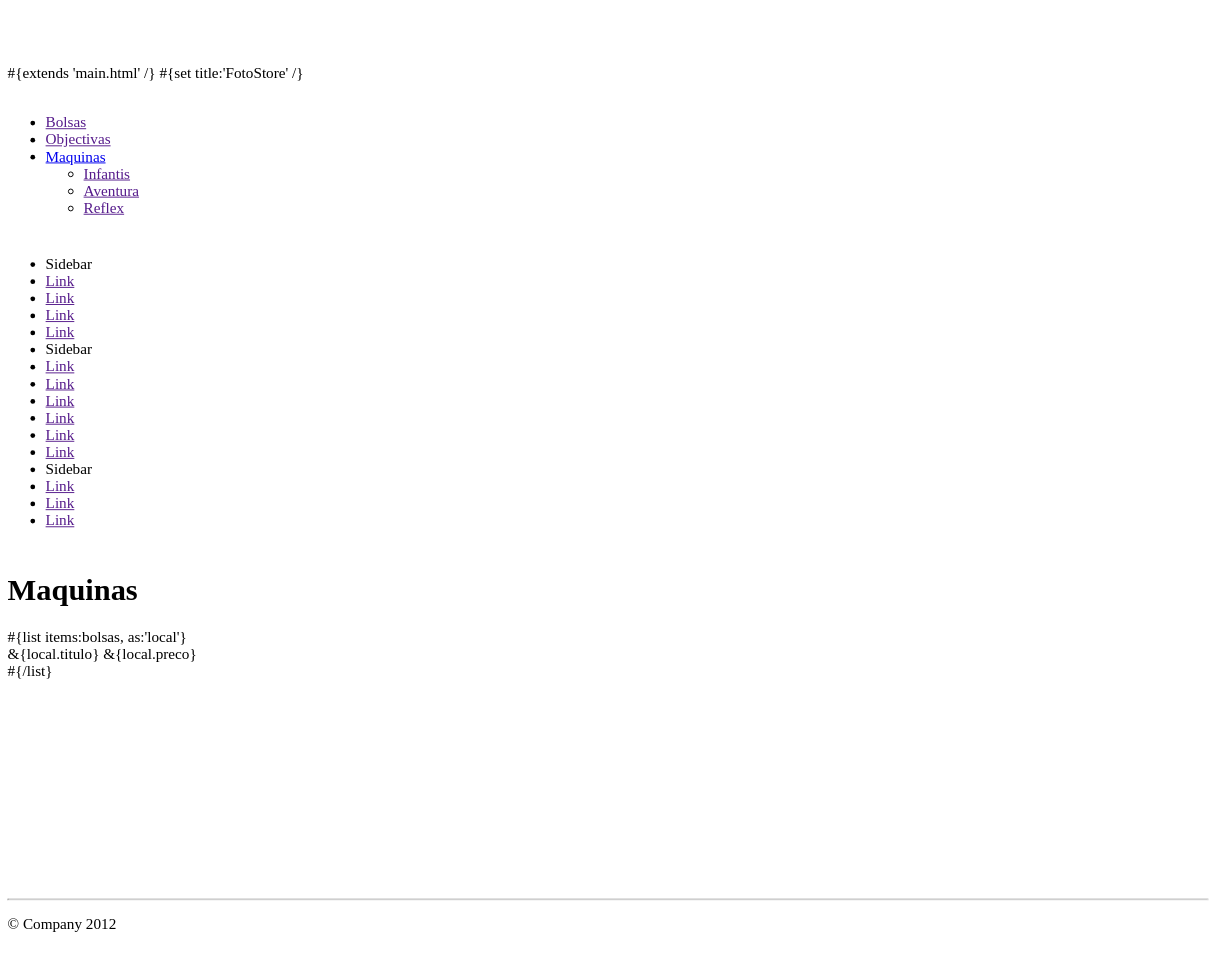
Repository: joaoA/webStore
Page: fotoStore/app/views/Application/exampleAventura.html
An editor plug-in stored every save of this project. The page is shown before and after the next save, followed by the edit.
The browser window is 1280 px wide. The pictures show the whole page, at 95% of full size.

Above is the page before, as saved 2012-12-17 15:07:55.

After the next save:
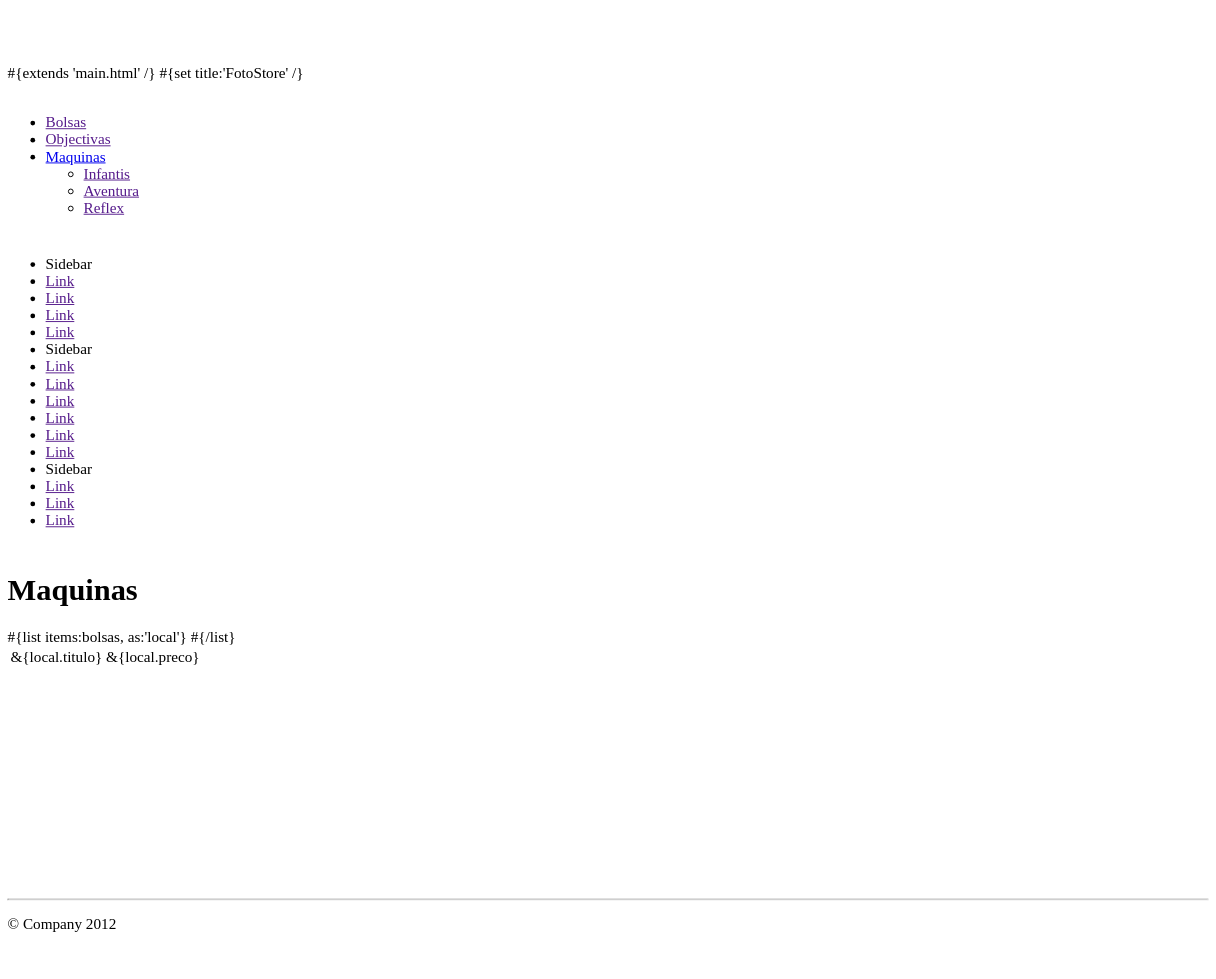
Saved 4 min 25 s later.
--- a/fotoStore/app/views/Application/exampleAventura.html
+++ b/fotoStore/app/views/Application/exampleAventura.html
@@ -70,12 +70,16 @@
           <div class="hero-unit" style = "height:335px">
               <div class="span6">
 				<h1>Maquinas</h1>
-				#{list items:bolsas, as:'local'}
-				    <div>
-				    &{local.titulo}
-				     &{local.preco}
-				  </div>
+				<table>
+					<tbody>
+						#{list items:bolsas, as:'local'}
+						    <tr>
+						      <td>&{local.titulo}</td>
+						      <td>&{local.preco}</td>
+						    </tr>
+					</tbody>
 				#{/list}
+				</table>
           </div>
 
         </div><!--/span-->
